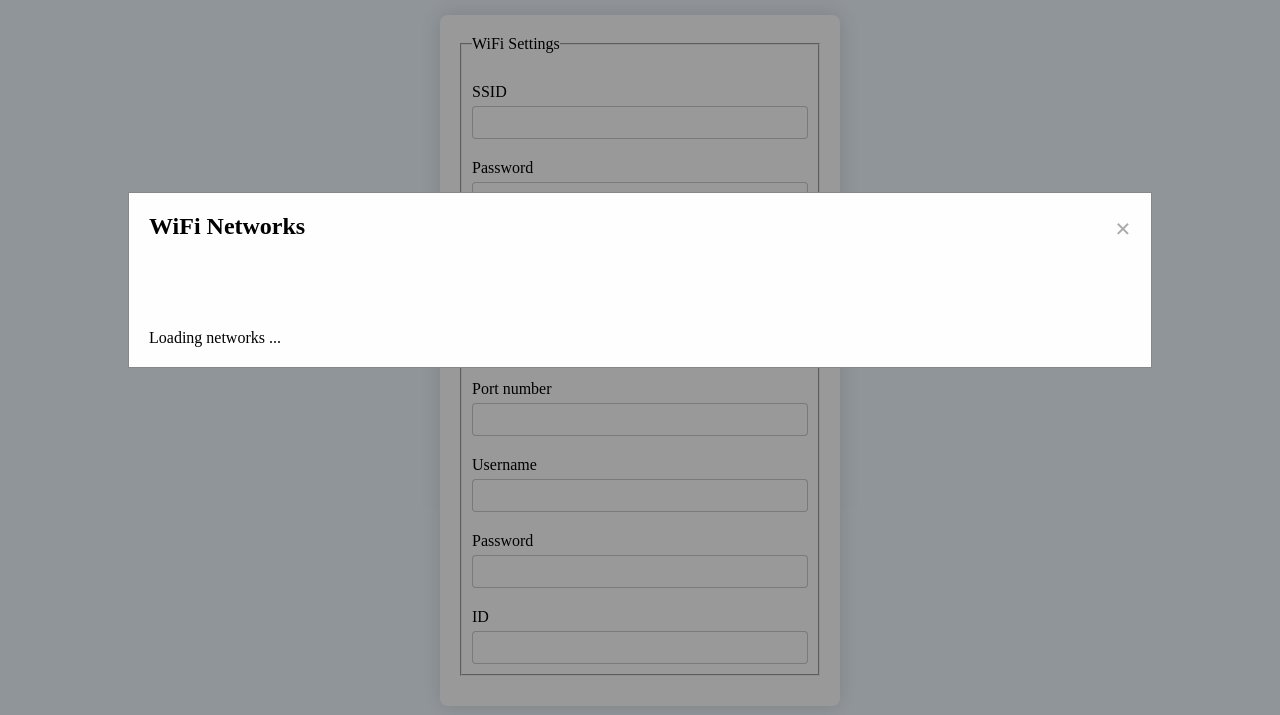
Repository: alex-dow/psikon-weather-station
Page: / (app in webapp/), after clicking the first element matching `#scan_wifi`
These files come from the project's save history. The page is drawn as it stood at one moment and after the next save; the edit follows.
The browser window is 1280 px wide. The pictures show the whole page.
The page's requests for data from a server got no answer. The project was rebuilt for these pictures with package versions that can differ from the ones it lists, and the page was loaded fresh each time. No one was signed in, and anything a server would have sent is missing.

Above is the page before, as saved 2021-12-10 15:51:01.

After the next save:
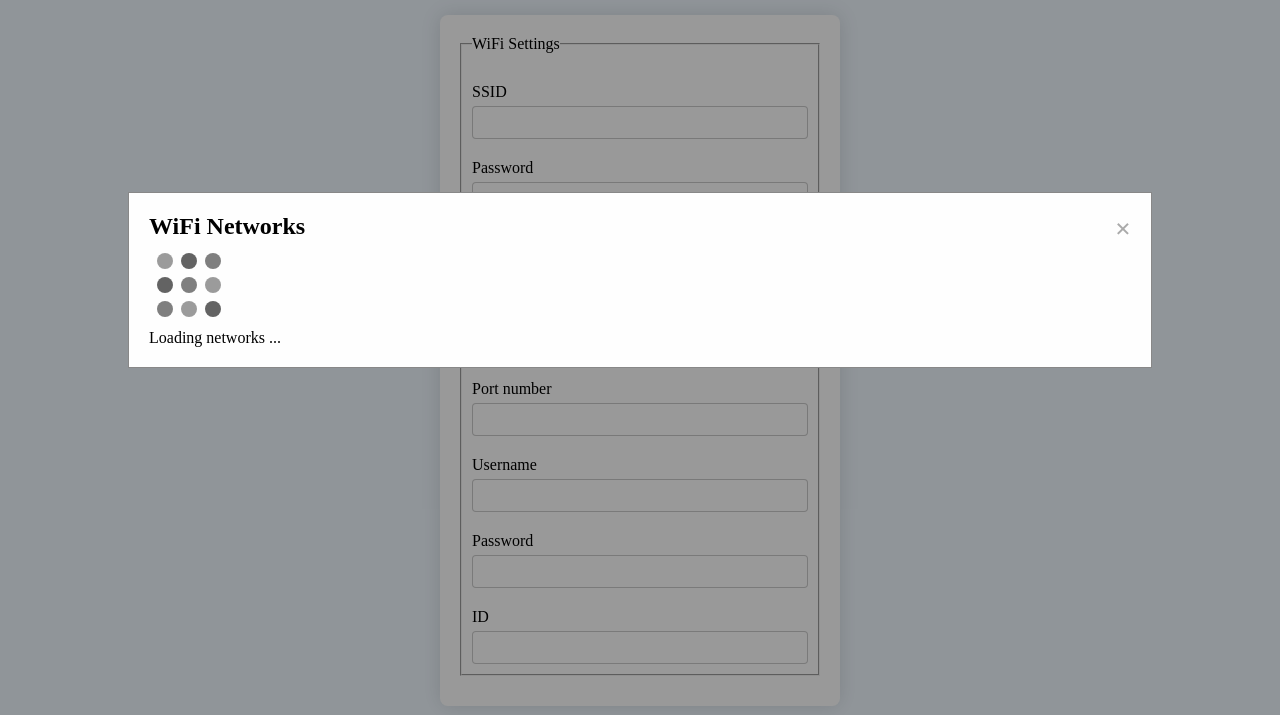
Saved 36 s later.
--- a/webapp/src/Loader.svelte
+++ b/webapp/src/Loader.svelte
@@ -12,7 +12,7 @@
   width: 16px;
   height: 16px;
   border-radius: 50%;
-  background: #fff;
+  background: #555;
   animation: lds-grid 1.2s linear infinite;
 }
 .lds-grid div:nth-child(1) {
